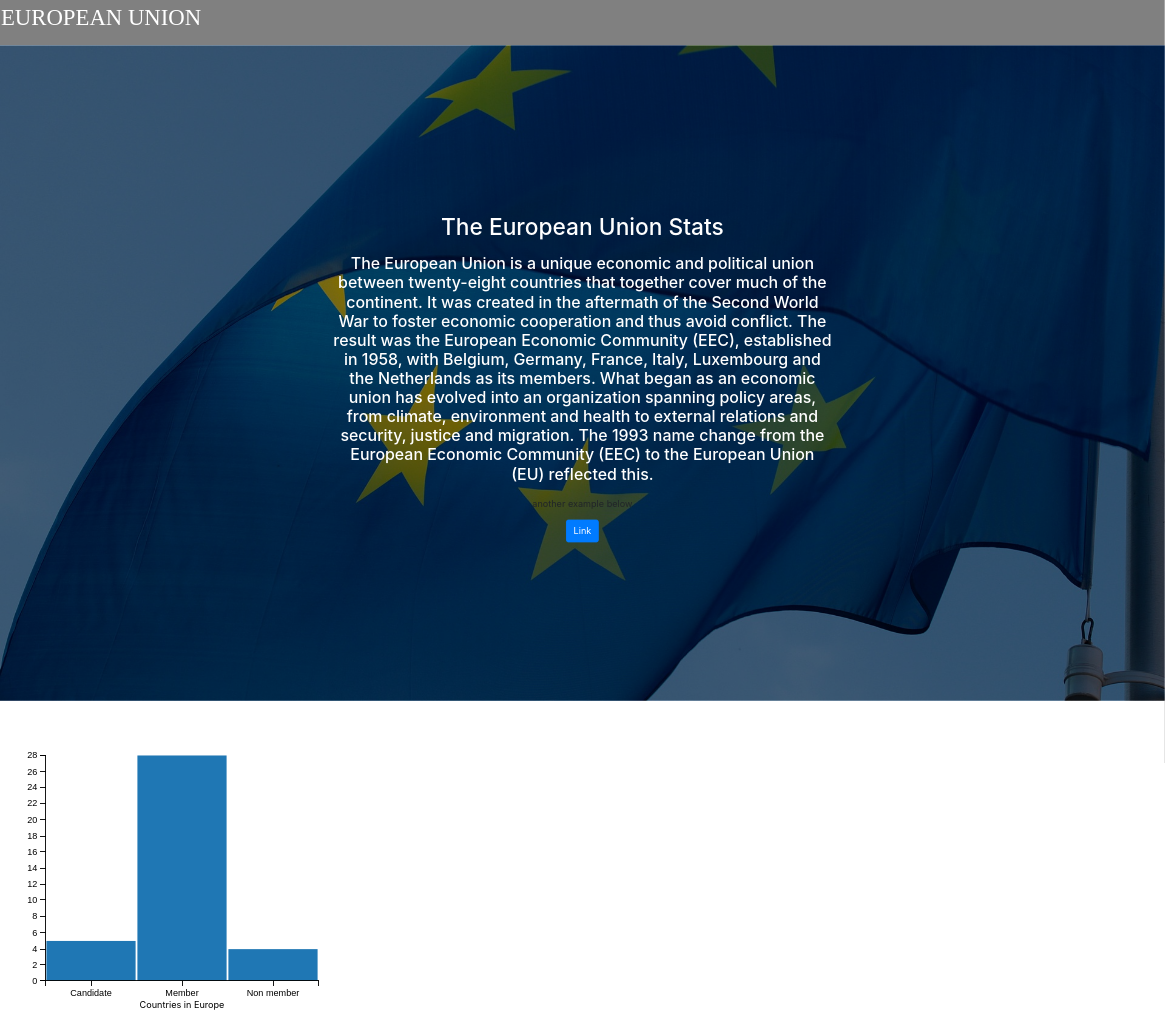
Repository: pjachimowski/renewable
Page: index.html
The author's editor kept a record of every edit. The page is drawn from the files as they stood at one moment, then again after the next edit.
The browser window is 1280 px wide. The pictures show the whole page, at 91% of full size.
Backgrounds fixed to the window are drawn as part of the page. Some web fonts or font styles are not loaded; a fallback is used. Some web libraries are served in a nearby version.

Above is the page before.

After the next edit:
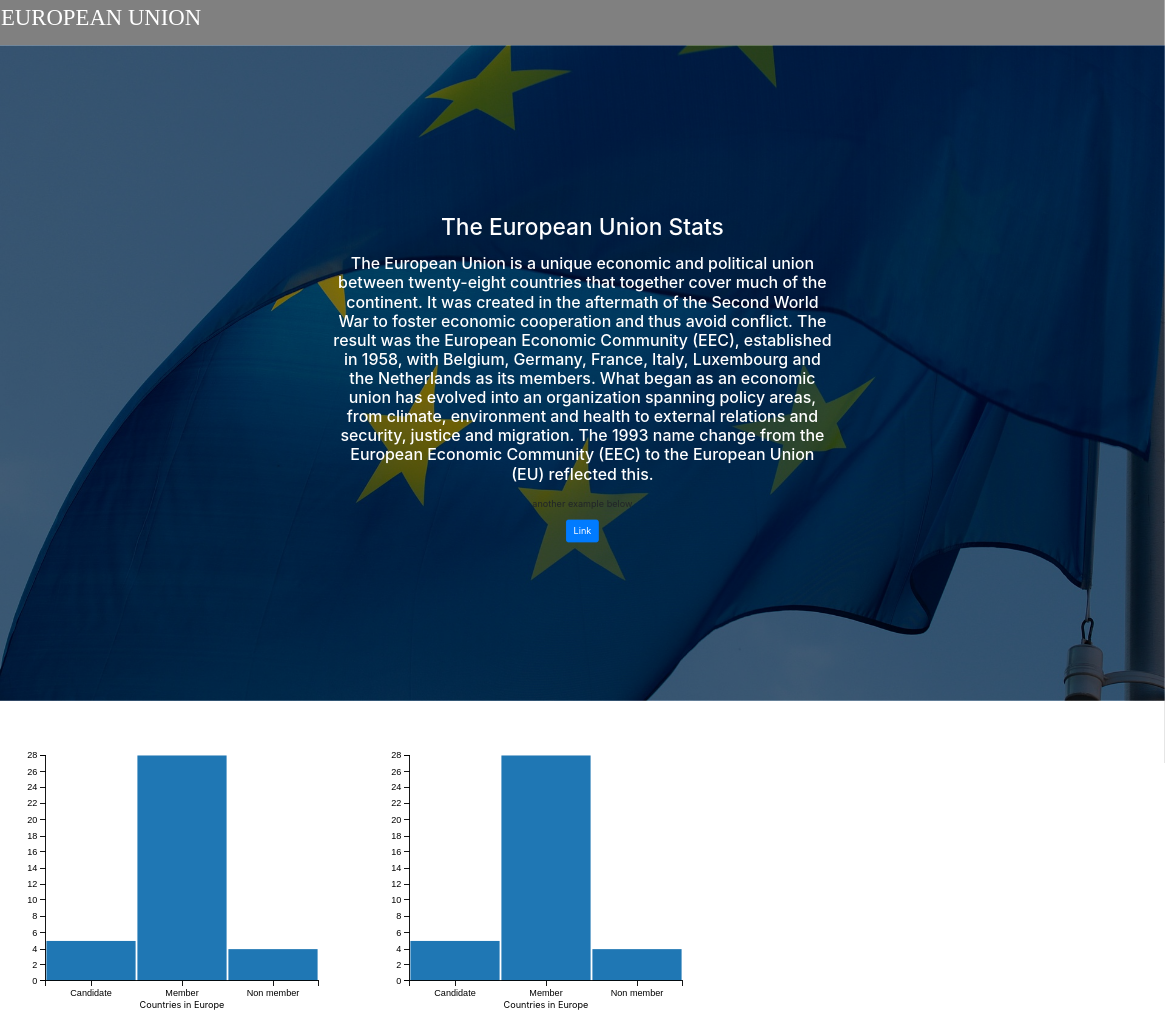
The edit:
--- a/static/js/graphs2.js
+++ b/static/js/graphs2.js
@@ -37,7 +37,7 @@
     var dim = ndx.dimension(dc.pluck('European_Union'));
     var group = dim.group();
 
-    dc.barChart("#members_balance")
+    dc.barChart("#year_accession")
         .width(400)
         .height(300)
         .margins({top: 10, right: 50, bottom: 30, left: 50})
